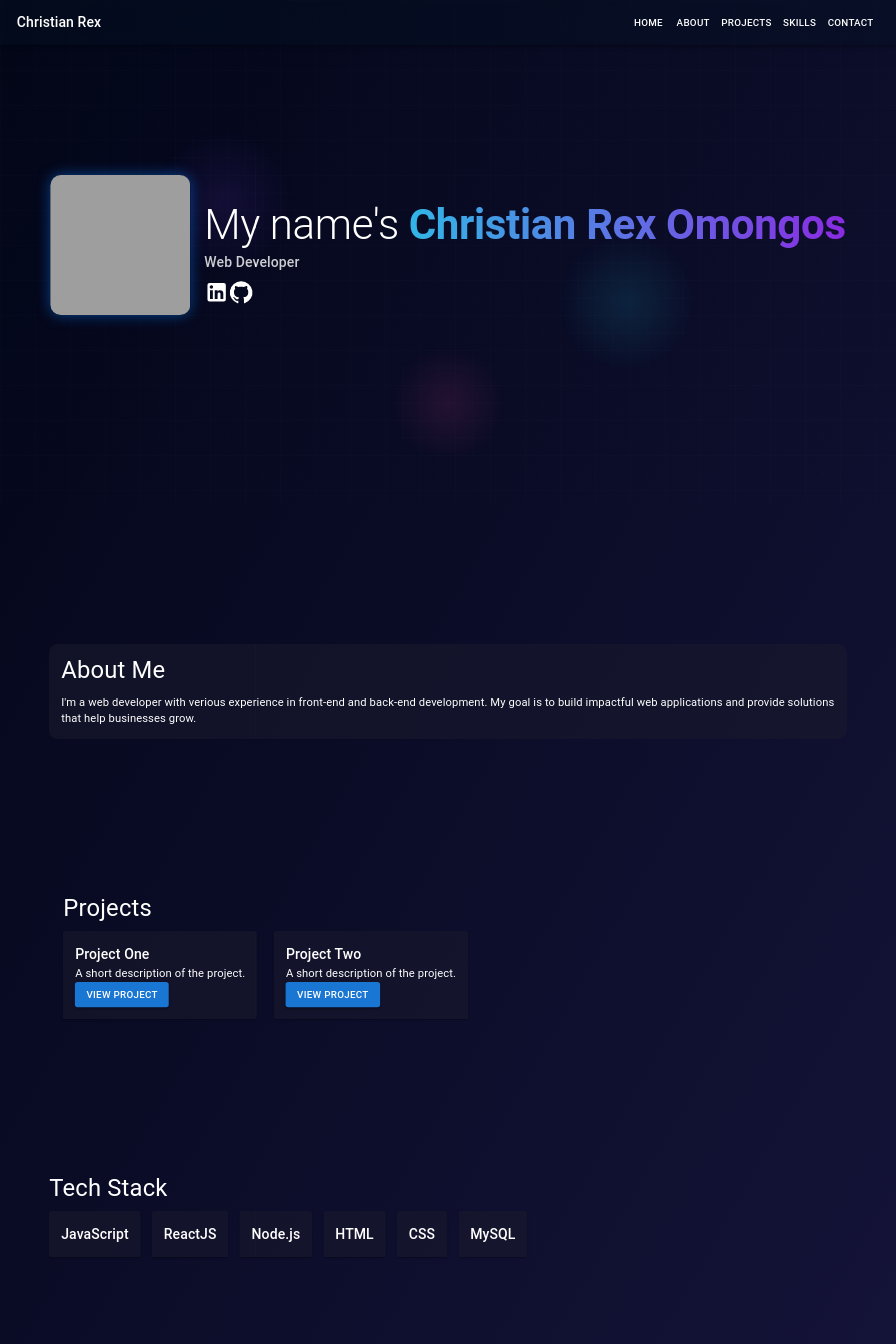
Repository: mikeshadowcoder/myWeb
Page: /
The author's editor kept a copy of each file at every save. The page is drawn from the files as they stood at one save, then again after the next save.
The browser window is 1280 px wide. The pictures show the part of the page from y = 0 to 1920 px (the page is 2643 px tall), at 70% of full size.
Pictures or frames that could not be fetched are drawn as grey boxes. The project was rebuilt for these pictures with package versions that can differ from the ones it lists, and the page was loaded fresh each time.

Above is the page before, as saved 2026-01-21 20:40:09.

After the next save:
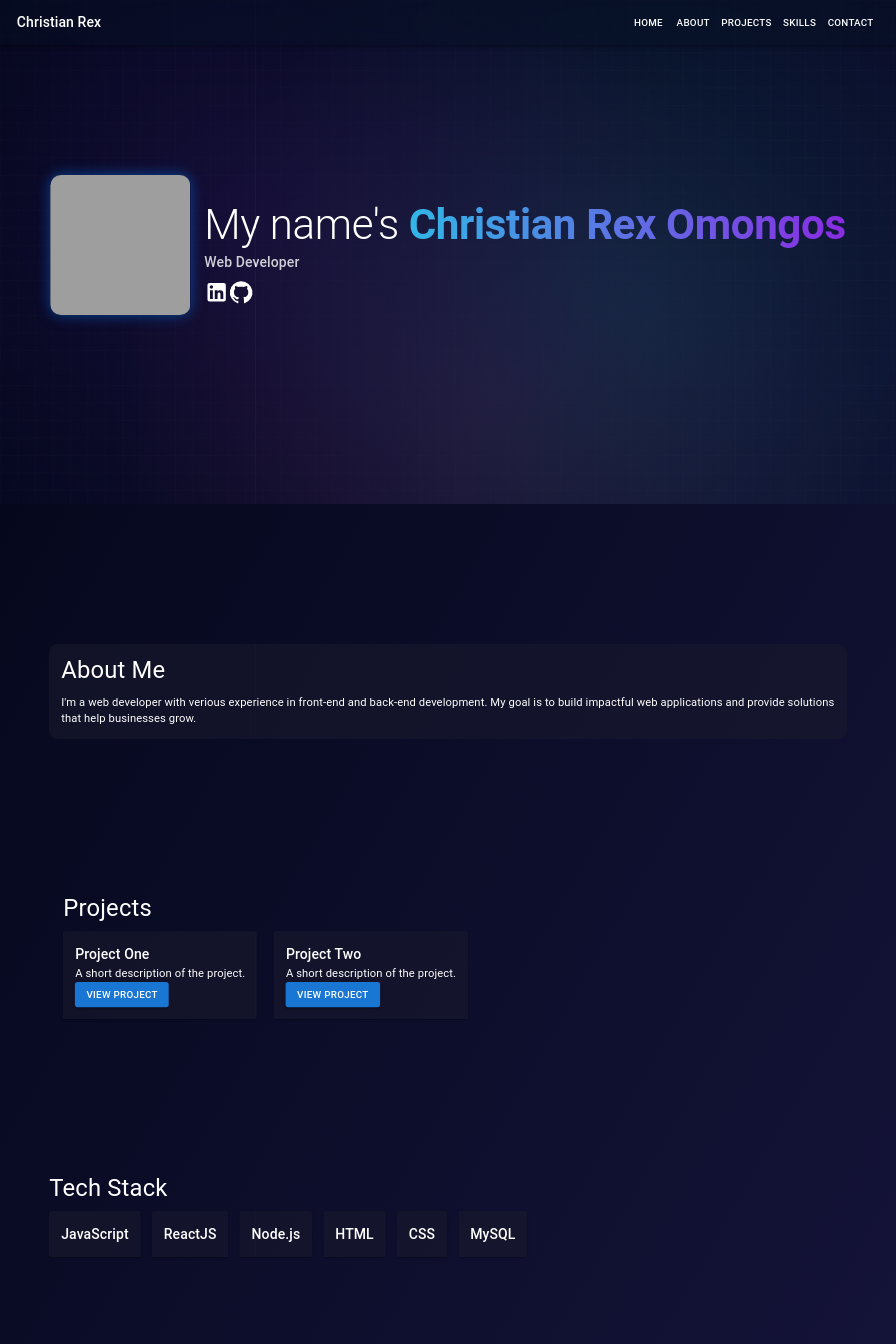
Saved 2 min 55 s later.
--- a/src/styles/background.css
+++ b/src/styles/background.css
@@ -20,32 +20,46 @@
   z-index: -1;
   pointer-events: none;
 
-  --p1: 20% 30%;
-  --p2: 80% 70%;
-  --p3: 50% 90%;
+  /* initial numeric variables (include units!) */
+  --p1x: 20%;
+  --p1y: 30%;
+  --p2x: 80%;
+  --p2y: 70%;
+  --p3x: 50%;
+  --p3y: 90%;
 
   background:
-    radial-gradient(circle at var(--p1), #7c3aed66, transparent 10%),
-    radial-gradient(circle at var(--p2), #22d3ee66, transparent 10%),
-    radial-gradient(circle at var(--p3), #ec489966, transparent 10%);
+    radial-gradient(circle at var(--p1x) var(--p1y), #7c3aed66 0%, transparent 60%),
+    radial-gradient(circle at var(--p2x) var(--p2y), #22d3ee66 0%, transparent 60%),
+    radial-gradient(circle at var(--p3x) var(--p3y), #ec489966 0%, transparent 60%);
 
   animation: blobDrift 20s ease-in-out infinite;
+  will-change: background;
 }
 
 @keyframes blobDrift {
-  0%   {
-    --p1: 20% 30%;
-    --p2: 80% 70%;
-    --p3: 50% 90%;
+  0% {
+    --p1x: 20%;
+    --p1y: 30%;
+    --p2x: 80%;
+    --p2y: 70%;
+    --p3x: 50%;
+    --p3y: 90%;
   }
-  50%  {
-    --p1: 25% 40%;
-    --p2: 70% 60%;
-    --p3: 50% 80%;
+  50% {
+    --p1x: 25%;
+    --p1y: 40%;
+    --p2x: 70%;
+    --p2y: 60%;
+    --p3x: 55%;
+    --p3y: 80%;
   }
   100% {
-    --p1: 20% 30%;
-    --p2: 80% 70%;
-    --p3: 50% 90%;
+    --p1x: 20%;
+    --p1y: 30%;
+    --p2x: 80%;
+    --p2y: 70%;
+    --p3x: 50%;
+    --p3y: 90%;
   }
 }
